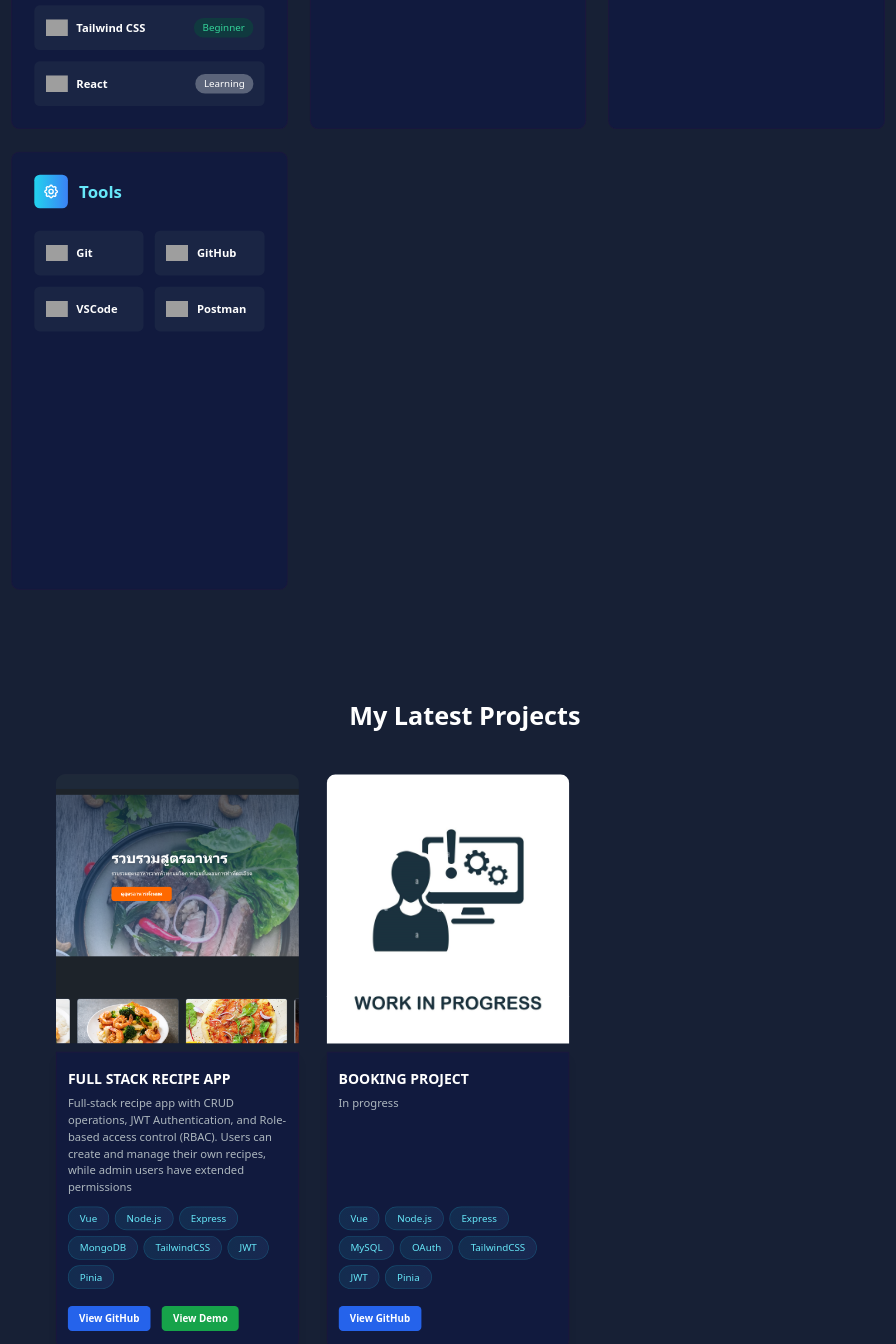
Repository: Charifx7/MyPortfolio
Page: /
These files come from the project's save history. The page is drawn as it stood at one moment and after a run of saves; the edit follows.
The browser window is 1280 px wide. The pictures show the part of the page from y = 1681 to 3601 px (the page is 4330 px tall before and 3672 px after), at 70% of full size.
Pictures or frames that could not be fetched are drawn as grey boxes. The project was rebuilt for these pictures with package versions that can differ from the ones it lists, and the page was loaded fresh each time. Also part of the build but not shown: vite.config.js.

Above is the page before, as saved 2026-02-14 10:07:02.

### src/App.vue
<template>
  <div class="bg-[#172035] min-h-screen w-full">
    <!-- Wrap components in Suspense to handle loading -->
     <Suspense>
      <template #default>
        <!-- Wrap all Components inside a single root element -->
         <div class="bg-[#172035]">
            <NavBar />
            <HeroSection />
            <AboutSection />
            <ExperienceAndSkills />
            <LatestProjSection />
            <ContactSection />
            <Footer/>
            <BackToTop />
      </div>
    </template>
    <template #fallback>
      <div class="flex justify-center items-center min-h-screen bg-[#172035]">
          <loadingSpinner />
      </div>
    </template>
  </Suspense>
  </div>
</template>

<script setup>
 import { defineAsyncComponent } from 'vue';
//Import Components Asynchronously
const NavBar = defineAsyncComponent(()=>import('@/components/NavBar.vue'));
const HeroSection = defineAsyncComponent(()=>import('@/components/HeroSection.vue'));
const ServicesSection = defineAsyncComponent(()=>import('@/components/ServicesSection.vue'));
const AboutSection = defineAsyncComponent(()=>import('@/components/AboutSection.vue'));
const TestimonialsSection = defineAsyncComponent(()=>import('@/components/TestimonialsSection.vue'));
const LatestProjSection = defineAsyncComponent(()=>import('@/components/LatestProjSection.vue'));
const ExperienceAndSkills = defineAsyncComponent(()=>import('@/components/ExperienceAndSkills.vue'));
const ContactSection = defineAsyncComponent(()=>import('@/components/ContactSection.vue'));
const Footer = defineAsyncComponent(()=>import('@/components/Footer.vue'));
const BackToTop = defineAsyncComponent(()=>import('@/components/BackToTop.vue'));
import loadingSpinner from './components/loadingSpinner.vue';
</script>
<style>

*{
  scrollbar-width: thin;
  scrollbar-color: #111827 #f1f1f1;
}

/* Add these styles to ensure background color consistency */
html, body {
  background-color: #172035;
  min-height: 100%;
}
</style>

### src/components/loadingSpinner.vue
<template>
    <div class="flex justify-center items-center h-full">
        <svg class="animate-spin h-16 w-16 text-white" xmlns="http://www.w3.org/2000/svg" viewBox="0 0 24 24">
            <defs>
                <linearGradient id="gradient1" x1="0%" y1="0%" x2="100%" y2="100%">
                    <stop offset="0%" stop-color="#00aeff" />
                    <stop offset="100%" stop-color="#dbebfa" />
                </linearGradient>
            </defs>
            <circle class="opacity-25" cx="12" cy="12" r="10" stroke="url(#gradient1)" stroke-width="4" fill="none">
            </circle>
            <path fill="#00aeff" d="M4 12a8 8 0 018-8V0C5.373 0 0 5.373 0 12h4z"></path>
        </svg>
    </div>
</template>

### src/components/NavBar.vue
<template>
    <header class="flex justify-between items-center p-6 bg-opacity-50 relative z-20 ">
        <div class="text-white text-xl font-bold"></div>
        <!-- Mobile Toggle Button -->
        <div class="md:hidden z-30">
            <button type="button" class="block focus:outline-none" @click="isMenuOpen = !isMenuOpen">
                <span v-if="isMenuOpen" class="text-5xl">
                    <img src="https://img.icons8.com/ios-filled/100/ffffff/delete-sign.png" alt="close" width="50"
                        height="50">
                </span>
                <span v-else class="text-5xl">
                    <img src="https://img.icons8.com/ios-filled/100/ffffff/menu--v6.png" alt="menu" width="50"
                        height="50">
                </span>
            </button>
        </div>
        <!-- Navbar Link -->
        <nav :class="['fixed inset-0 z-20 flex flex-col items-center justify-center bg-[#111827] md:relative md:bg-transparent md:flex md:justify-between md:flex-row',
            isMenuOpen ? 'block' : 'hidden'
        ]">
            <ul class="flex flex-col items-center space-y-5 md:flex-row md:space-x-5 md:space-y-0">
                <li v-for="item in Menu" :key="item.name">
                    <a :href="item.href"
                        class="block text-white transition hover:text-cyan-300 ease-linear text-2xl md:text-lg"
                        @click="scrollToSection(item.href)">
                        {{ item.name }}
                    </a>
                </li>
            </ul>
        </nav>
    </header>
</template>
<script setup>
import { ref } from 'vue';
const Menu = ref([
    { name: 'About Me', href: '#about' },
    { name: 'Skills', href: '#skills' },
    { name: 'Projects', href: '#projects' },
    { name: 'Contact', href: '#contact' },
]);

const isMenuOpen = ref(false)
const scrollToSection = (href) => {
    isMenuOpen.value = false;
    const section = document.querySelector(href);
    if (section) {
        section.scrollIntoView({ behavior: 'smooth' });
    }

}

</script>

### src/components/ExperienceAndSkills.vue
<template>
    <section id="skills" class="py-20">
        <div class="container mx-auto px-4">
            <h2 class="text-4xl font-bold text-center text-white mb-12" data-aos="fade-up">Technical skills</h2>
            <div class="grid md:grid-cols-1 lg:grid-cols-3 gap-8">

                <!-- Frontend Section -->
                <div class="bg-[#111a3e] rounded-xl p-8 border border-[#1f1641] hover:shadow-xl transition-all duration-300"
                    data-aos="fade-up" data-aos-delay="100">
                    <div class="flex items-center mb-8">
                        <div class="w-12 h-12 bg-gradient-to-r from-cyan-400 to-blue-500 rounded-lg flex items-center justify-center">
                            <svg xmlns="http://www.w3.org/2000/svg" class="h-6 w-6 text-white" fill="none" viewBox="0 0 24 24" stroke="currentColor">
                                <path stroke-linecap="round" stroke-linejoin="round" stroke-width="2" d="M4 6h16M4 12h16m-7 6h7" />
                            </svg>
                        </div>
                        <h3 class="text-2xl font-bold ml-4 text-cyan-300">Frontend Development</h3>
                    </div>
                    <div class="grid grid-cols-1 gap-4">
                        <div v-for="skill in sortedFrontendSkills" :key="skill.id"
                            class="bg-[#1a2544] rounded-lg p-4 hover:bg-[#1f2d52] transition-all duration-300">
                            <div class="flex items-center justify-between">
                                <div class="flex items-center space-x-3">
                                    <img :src="skill.icon" alt="skill icon" class="w-8 h-8 object-contain"/>
                                    <h4 class="font-semibold text-white">{{ skill.name }}</h4>
                                </div>
                                <span class="px-3 py-1 text-sm rounded-full"
                                    :class="{
                                        'bg-yellow-900/50 text-orange-400': skill.level === 'Advanced',
                                        'bg-yellow-600/50 text-yellow-400': skill.level === 'Intermediate',
                                        'bg-emerald-900/50 text-emerald-400': skill.level === 'Beginner',
                                        'bg-gray-400/50 text-white': skill.level === 'Learning'
                                    }">
                                    {{ skill.level }}
                                </span>
                            </div>
                        </div>
                    </div>
                </div>

                <!-- Backend Section -->
                <div class="bg-[#111a3e] rounded-xl p-8 border border-[#1f1641] hover:shadow-xl transition-all duration-300"
                    data-aos="fade-up" data-aos-delay="200">
                    <div class="flex items-center mb-8">
                        <div class="w-12 h-12 bg-gradient-to-r from-cyan-400 to-blue-500 rounded-lg flex items-center justify-center">
                            <svg xmlns="http://www.w3.org/2000/svg" class="h-6 w-6 text-white" fill="none" viewBox="0 0 24 24" stroke="currentColor">
                                <path stroke-linecap="round" stroke-linejoin="round" stroke-width="2" d="M5 12h14M5 12a2 2 0 01-2-2V6a2 2 0 012-2h14a2 2 0 012 2v4a2 2 0 01-2 2M5 12a2 2 0 00-2 2v4a2 2 0 002 2h14a2 2 0 002-2v-4a2 2 0 00-2-2m-2-4h.01M17 16h.01" />
                            </svg>
                        </div>
                        <h3 class="text-2xl font-bold ml-4 text-cyan-300">Backend Development</h3>
                    </div>
                    <div class="grid grid-cols-1 gap-4">
                        <div v-for="skill in sortedBackendSkills" :key="skill.id"
                            class="bg-[#1a2544] rounded-lg p-4 hover:bg-[#1f2d52] transition-all duration-300">
                            <div class="flex items-center justify-between">
                                <div class="flex items-center space-x-3">
                                    <img :src="skill.icon" alt="skill icon" class="w-8 h-8 object-contain"/>
                                    <h4 class="font-semibold text-white">{{ skill.name }}</h4>
                                </div>
                                <span class="px-3 py-1 text-sm rounded-full"
                                    :class="{
                                        'bg-yellow-900/50 text-orange-400': skill.level === 'Advanced',
                                        'bg-blue-900/50 text-blue-400': skill.level === 'Intermediate',
                                        'bg-emerald-900/50 text-emerald-400': skill.level === 'Beginner',
                                        'bg-gray-400/50 text-white': skill.level === 'Learning'
                                    }">
                                    {{ skill.level }}
                                </span>
                            </div>
                        </div>
                    </div>
                </div>

                <!-- Tools & DevOps Section -->
                <div class="bg-[#111a3e] rounded-xl p-8 border border-[#1f1641] hover:shadow-xl transition-all duration-300"
                    data-aos="fade-up" data-aos-delay="300">
                    <div class="flex items-center mb-8">
                        <div class="w-12 h-12 bg-gradient-to-r from-cyan-400 to-blue-500 rounded-lg flex items-center justify-center">
                            <svg xmlns="http://www.w3.org/2000/svg" class="h-6 w-6 text-white" fill="none" viewBox="0 0 24 24" stroke="currentColor">
                                <path stroke-linecap="round" stroke-linejoin="round" stroke-width="2" d="M10.325 4.317c.426-1.756 2.924-1.756 3.35 0a1.724 1.724 0 002.573 1.066c1.543-.94 3.31.826 2.37 2.37a1.724 1.724 0 001.065 2.572c1.756.426 1.756 2.924 0 3.35a1.724 1.724 0 00-1.066 2.573c.94 1.543-.826 3.31-2.37 2.37a1.724 1.724 0 00-2.572 1.065c-.426 1.756-2.924 1.756-3.35 0a1.724 1.724 0 00-2.573-1.066c-1.543.94-3.31-.826-2.37-2.37a1.724 1.724 0 00-1.065-2.572c-1.756-.426-1.756-2.924 0-3.35a1.724 1.724 0 001.066-2.573c-.94-1.543.826-3.31 2.37-2.37.996.608 2.296.07 2.572-1.065z" />
                                <path stroke-linecap="round" stroke-linejoin="round" stroke-width="2" d="M15 12a3 3 0 11-6 0 3 3 0 016 0z" />
                            </svg>
                        </div>
                        <h3 class="text-2xl font-bold ml-4 text-cyan-300">Tools</h3>
                    </div>
                    <div class="grid grid-cols-2 gap-4">
                        <div v-for="skill in sortedToolsAndDevOps" :key="skill.id"
                            class="bg-[#1a2544] rounded-lg p-4 hover:bg-[#1f2d52] transition-all duration-300">
                            <div class="flex items-center space-x-3">
                                <img :src="skill.icon" alt="tool icon" class="w-8 h-8 object-contain"/>
                                <div class="flex-1">
                                    <h4 class="font-semibold text-white">{{ skill.name }}</h4>
                                </div>
                            </div>
                        </div>
                    </div>
                </div>
                   <!-- Tools & DevOps Section -->
                <div class="bg-[#111a3e] rounded-xl p-8 border border-[#1f1641] hover:shadow-xl transition-all duration-300"
                    data-aos="fade-up" data-aos-delay="300">
                    <div class="flex items-center mb-8">
                        <div class="w-12 h-12 bg-gradient-to-r from-cyan-400 to-blue-500 rounded-lg flex items-center justify-center">
                            <svg xmlns="http://www.w3.org/2000/svg" class="h-6 w-6 text-white" fill="none" viewBox="0 0 24 24" stroke="currentColor">
                                <path stroke-linecap="round" stroke-linejoin="round" stroke-width="2" d="M10.325 4.317c.426-1.756 2.924-1.756 3.35 0a1.724 1.724 0 002.573 1.066c1.543-.94 3.31.826 2.37 2.37a1.724 1.724 0 001.065 2.572c1.756.426 1.756 2.924 0 3.35a1.724 1.724 0 00-1.066 2.573c.94 1.543-.826 3.31-2.37 2.37a1.724 1.724 0 00-2.572 1.065c-.426 1.756-2.924 1.756-3.35 0a1.724 1.724 0 00-2.573-1.066c-1.543.94-3.31-.826-2.37-2.37a1.724 1.724 0 00-1.065-2.572c-1.756-.426-1.756-2.924 0-3.35a1.724 1.724 0 001.066-2.573c-.94-1.543.826-3.31 2.37-2.37.996.608 2.296.07 2.572-1.065z" />
                                <path stroke-linecap="round" stroke-linejoin="round" stroke-width="2" d="M15 12a3 3 0 11-6 0 3 3 0 016 0z" />
                            </svg>
                        </div>
                        <h3 class="text-2xl font-bold ml-4 text-cyan-300">Tools</h3>
                    </div>
                    <div class="grid grid-cols-2 gap-4">
                        <div v-for="skill in sortedToolsAndDevOps" :key="skill.id"
                            class="bg-[#1a2544] rounded-lg p-4 hover:bg-[#1f2d52] transition-all duration-300">
                            <div class="flex items-center space-x-3">
                                <img :src="skill.icon" alt="tool icon" class="w-8 h-8 object-contain"/>
                                <div class="flex-1">
                                    <h4 class="font-semibold text-white">{{ skill.name }}</h4>
                                </div>
                            </div>
                        </div>
                    </div>
                </div>
            </div>
        </div>
    </section>
</template>

<script setup>
import { ref, computed } from 'vue';

const frontendSkills = ref([
    {
        id: 1,
        name: 'HTML',
        level: 'Advanced',
        icon: 'https://www.svgrepo.com/show/303205/html-5-logo.svg'
    },
    {
        id: 2,
        name: 'CSS',
        level: 'Intermediate',
        icon: 'https://upload.wikimedia.org/wikipedia/commons/thumb/d/d5/CSS3_logo_and_wordmark.svg/1200px-CSS3_logo_and_wordmark.svg.png'
    },
    {
        id: 3,
        name: 'JavaScript',
        level: 'Beginner',
        icon: 'https://static.vecteezy.com/system/resources/thumbnails/027/127/463/small_2x/javascript-logo-javascript-icon-transparent-free-png.png'
    },
    {
        id: 4,
        name: 'Vue.js',
        level: 'Beginner',
        icon: 'https://upload.wikimedia.org/wikipedia/commons/thumb/9/95/Vue.js_Logo_2.svg/1200px-Vue.js_Logo_2.svg.png'
    },
    {
        id: 5,
        name: 'Tailwind CSS',
        level: 'Beginner',
        icon: 'https://encrypted-tbn0.gstatic.com/images?q=tbn:ANd9GcTSDKn3vA2YUbXzN0ZC3gALWJ08gJN-Drl15w&s'
    },
    {
        id: 5,
        name: 'React',
        level: 'Learning',
        icon: 'https://www.svgrepo.com/show/452092/react.svg'
    }
]);

const backendSkills = ref([
    {
        id: 1,
        name: 'Node.js',
        level: 'Beginner',
        icon: 'https://www.svgrepo.com/show/354119/nodejs-icon.svg'

    },
    {
        id: 2,
        name: 'MongoDB',
        level: 'Beginner',
        icon: 'https://www.svgrepo.com/show/331488/mongodb.svg'
    },
    {
        id: 2,
        name: 'Nest.js',
        level: 'Learning',
        icon: 'https://logowik.com/content/uploads/images/nestjs-node-js1721157586.logowik.com.webp'
    },

]);

const toolsAndDevOps = ref([
    {
        id: 1,
        name: 'Git',
        icon: 'https://upload.wikimedia.org/wikipedia/commons/thumb/3/3f/Git_icon.svg/1200px-Git_icon.svg.png'
    },
    {
        id: 2,
        name: 'GitHub',
        icon: 'https://img.icons8.com/ios-filled/50/ffffff/github.png'
    },
    {
        id: 3,
        name: 'VSCode',
        icon: 'https://upload.wikimedia.org/wikipedia/commons/thumb/9/9a/Visual_Studio_Code_1.35_icon.svg/768px-Visual_Studio_Code_1.35_icon.svg.png'
    },
    {
        id: 4,
        name: 'Postman',
        icon: 'https://www.svgrepo.com/show/354202/postman-icon.svg'
    },
]);

// Helper function to sort skills by level
const sortByLevel = (skills) => {
    const levelOrder = {
        'Advanced': 1,
        'Intermediate': 2,
        'Beginner': 3,
        'Learning': 4
    };

    return [...skills].sort((a, b) => {
        return levelOrder[a.level] - levelOrder[b.level];
    });
};

// Computed properties for sorted skills
const sortedFrontendSkills = computed(() => sortByLevel(frontendSkills.value));
const sortedBackendSkills = computed(() => sortByLevel(backendSkills.value));
const sortedToolsAndDevOps = computed(() => toolsAndDevOps.value);
</script>

<style scoped>
.grid {
    grid-auto-rows: 1fr;
}
</style>

### src/components/Footer.vue
<template>
    <footer class="mt-8 border z-10 border-t-[#33353F] border-l-transparent border-r-transparent text-white">
        <div class="container p-12 flex justify-between">
            <!-- <div class="text-white text-3xl font-bold">Charif</div>-->
            <p class="text-slate-600"></p>
        </div>
    </footer>
</template>

### src/components/BackToTop.vue
<template>
    <button v-if="isVisible" @click="scrollToTop" class="fixed bottom-4 right-4 bg-gradient-to-r from-[#007fdb] to-[#004d73] text-white
    rounded-full w-12 h-12 flex items-center justify-center text-xl cursor-pointer transition-opacity duration-300 hover:bg-blue-600
    ">
        ↥
    </button>
</template>
<script setup>
import { ref, onMounted, onUnmounted } from 'vue';
const isVisible = ref(false);
const handleScroll = () => {
    isVisible.value = window.scrollY > 300;
}
const scrollToTop = () => {
    window.scrollTo({ top: 0, behavior: 'smooth' })
}
onMounted(() => {
    window.addEventListener('scroll', handleScroll)
});

onUnmounted(() => {
    window.removeEventListener('scroll', handleScroll);
})
</script>

Loaded but not shown: index.html (common file); src/main.js (common file); src/style.css (common file); tailwind.config.js (13 lines, source omitted); src/components/ContactSection.vue (175 lines, source omitted); src/components/LatestProjSection.vue (86 lines, source omitted); src/components/AboutSection.vue (74 lines, source omitted); src/components/HeroSection.vue (72 lines, source omitted)

After the next 4 saves:
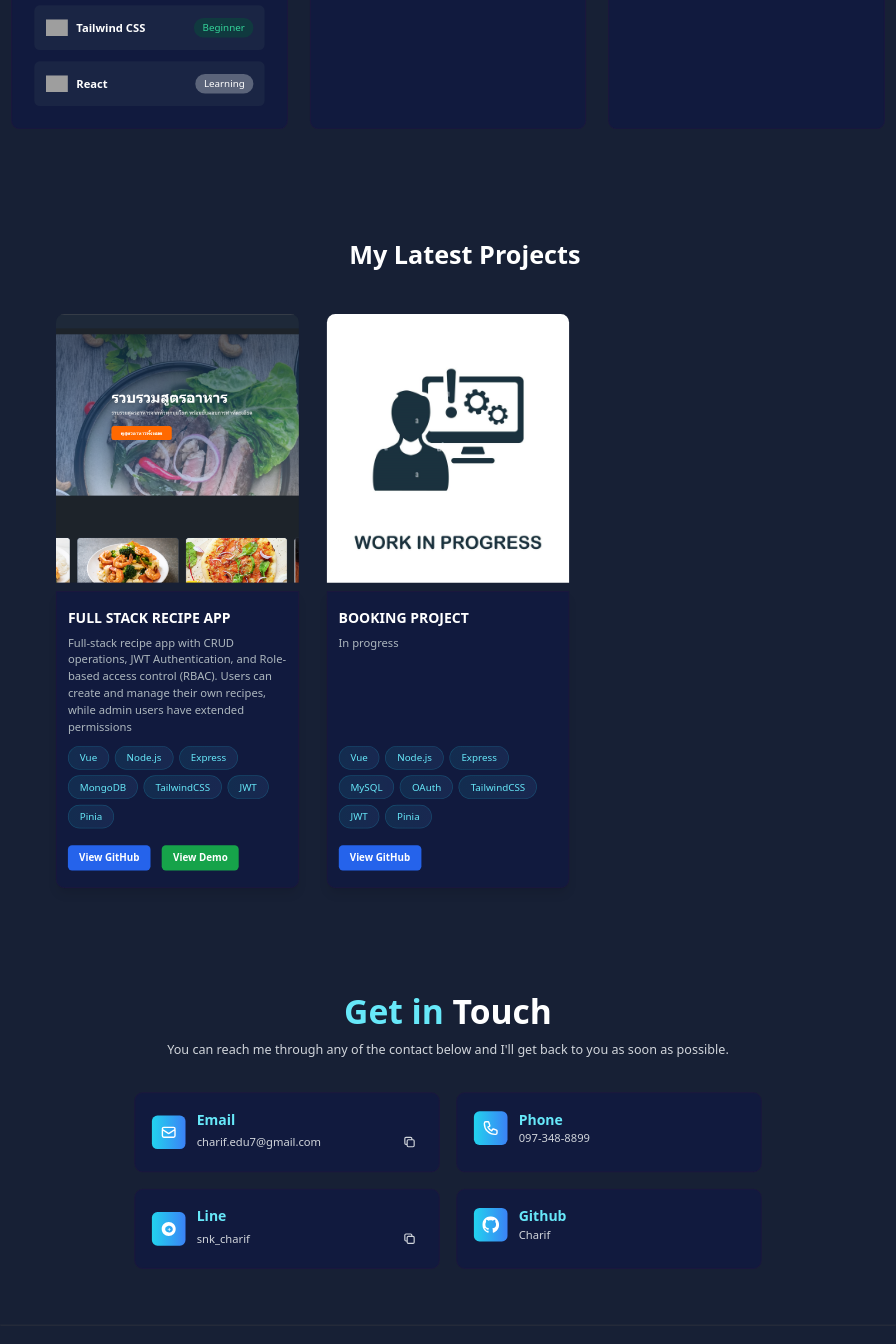
The 4 saves are shown as one change because they came seconds apart.
The last was saved 20 s later.
--- a/src/components/ExperienceAndSkills.vue
+++ b/src/components/ExperienceAndSkills.vue
@@ -94,30 +94,6 @@
                         </div>
                     </div>
                 </div>
-                   <!-- Tools & DevOps Section -->
-                <div class="bg-[#111a3e] rounded-xl p-8 border border-[#1f1641] hover:shadow-xl transition-all duration-300"
-                    data-aos="fade-up" data-aos-delay="300">
-                    <div class="flex items-center mb-8">
-                        <div class="w-12 h-12 bg-gradient-to-r from-cyan-400 to-blue-500 rounded-lg flex items-center justify-center">
-                            <svg xmlns="http://www.w3.org/2000/svg" class="h-6 w-6 text-white" fill="none" viewBox="0 0 24 24" stroke="currentColor">
-                                <path stroke-linecap="round" stroke-linejoin="round" stroke-width="2" d="M10.325 4.317c.426-1.756 2.924-1.756 3.35 0a1.724 1.724 0 002.573 1.066c1.543-.94 3.31.826 2.37 2.37a1.724 1.724 0 001.065 2.572c1.756.426 1.756 2.924 0 3.35a1.724 1.724 0 00-1.066 2.573c.94 1.543-.826 3.31-2.37 2.37a1.724 1.724 0 00-2.572 1.065c-.426 1.756-2.924 1.756-3.35 0a1.724 1.724 0 00-2.573-1.066c-1.543.94-3.31-.826-2.37-2.37a1.724 1.724 0 00-1.065-2.572c-1.756-.426-1.756-2.924 0-3.35a1.724 1.724 0 001.066-2.573c-.94-1.543.826-3.31 2.37-2.37.996.608 2.296.07 2.572-1.065z" />
-                                <path stroke-linecap="round" stroke-linejoin="round" stroke-width="2" d="M15 12a3 3 0 11-6 0 3 3 0 016 0z" />
-                            </svg>
-                        </div>
-                        <h3 class="text-2xl font-bold ml-4 text-cyan-300">Tools</h3>
-                    </div>
-                    <div class="grid grid-cols-2 gap-4">
-                        <div v-for="skill in sortedToolsAndDevOps" :key="skill.id"
-                            class="bg-[#1a2544] rounded-lg p-4 hover:bg-[#1f2d52] transition-all duration-300">
-                            <div class="flex items-center space-x-3">
-                                <img :src="skill.icon" alt="tool icon" class="w-8 h-8 object-contain"/>
-                                <div class="flex-1">
-                                    <h4 class="font-semibold text-white">{{ skill.name }}</h4>
-                                </div>
-                            </div>
-                        </div>
-                    </div>
-                </div>
             </div>
         </div>
     </section>
